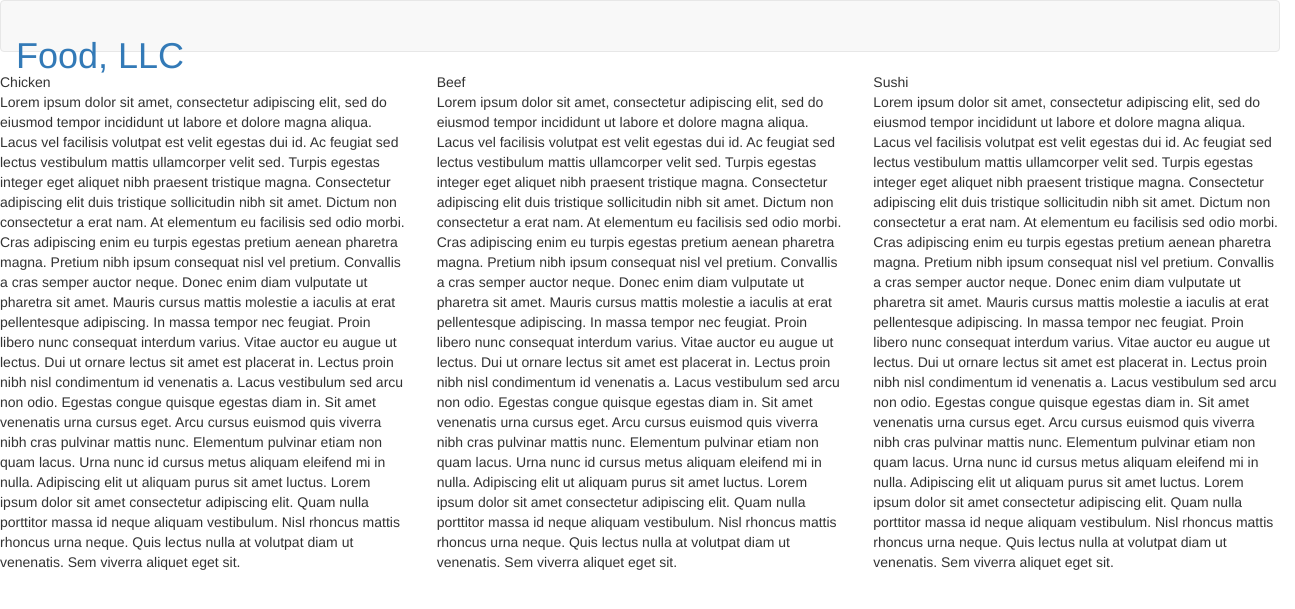
Repository: Cynthia-woo/coursera_frontend_JHU
Page: module3-solution/index.html
The author's editor kept a copy of each file at every save. The page is drawn from the files as they stood at one save, then again after the next save.
The browser window is 1280 px wide. The page is 1295 px wide, so the pictures cover 1295 px, including what lies to the right of the window. The pictures show the whole page.

Above is the page before, as saved 2024-04-20 02:34:59.

### module3-solution/index.html
<!doctype html>
<html lang="en">
  <head>
    <meta charset="utf-8">
    <meta http-equiv="X-UA-Compatible" content="IE=edge">
    <meta name="viewport" content="width=device-width, initial-scale=1">

    <!-- HTML5 shim and Respond.js for IE8 support of HTML5 elements and media queries -->
    <!-- WARNING: Respond.js doesn't work if you view the page via file:// -->
    <!--[if lt IE 9]>
      <script src="https://oss.maxcdn.com/html5shiv/3.7.2/html5shiv.min.js"></script>
      <script src="https://oss.maxcdn.com/respond/1.4.2/respond.min.js"></script>
    <![endif]-->

    <title>Assignment3-solution</title>
    <link rel="stylesheet" href="css/bootstrap.min.css">
    <link rel="stylesheet" href="css/styles.css">
  </head>
<body>
    <header>
        <nav id="header-nav" class="navbar navbar-default">
          <div class="container-fluid">
            <div class="navbar-header">
              <a href="index.html" class="pull-left visible-md visible-lg">
                <div id="logo-img"></div>
              </a>

              <div class="navbar-brand">
                <a href="index.html"><h1>Food, LLC</h1></a>
              </div>

              <button type="button" class="navbar-toggle collapsed" data-toggle="collapse" data-target="#collapsable-nav" aria-expanded="false">
                <span class="sr-only">Toggle navigation</span>
                <span class="icon-bar"></span>
                <span class="icon-bar"></span>
                <span class="icon-bar"></span>
              </button>
            </div>

            <div id="collapsable-nav" class="collapse navbar-collapse hidden-lg hidden-md">
               <ul id="nav-list" class="nav navbar-nav navbar-right">
                <li>
                  <a href="menu-categories.html">
                    <br class="hidden-xs">Chicken</a>
                </li>
                <li>
                  <a href="#">
                    </span><br class="hidden-xs">Beef</a>
                </li>
                <li>
                  <a href="#">
                    <br class="hidden-xs">Sushi</a>
                </li>
              </ul><!-- #nav-list -->
            </div><!-- .collapse .navbar-collapse -->
          </div><!-- .container -->
        </nav><!-- #header-nav -->
      </header>


      <section>
        <div id="home-tiles" class="row">
            <div class="col-md-4 col-sm-6 col-xs-12">
                <div class="dish_title">Chicken</div>
                <div class="dish_detail">Lorem ipsum dolor sit amet, consectetur adipiscing elit, sed do eiusmod tempor incididunt ut labore et dolore magna aliqua. Lacus vel facilisis volutpat est velit egestas dui id. Ac feugiat sed lectus vestibulum mattis ullamcorper velit sed. Turpis egestas integer eget aliquet nibh praesent tristique magna. Consectetur adipiscing elit duis tristique sollicitudin nibh sit amet. Dictum non consectetur a erat nam. At elementum eu facilisis sed odio morbi. Cras adipiscing enim eu turpis egestas pretium aenean pharetra magna. Pretium nibh ipsum consequat nisl vel pretium. Convallis a cras semper auctor neque. Donec enim diam vulputate ut pharetra sit amet. Mauris cursus mattis molestie a iaculis at erat pellentesque adipiscing. In massa tempor nec feugiat. Proin libero nunc consequat interdum varius. Vitae auctor eu augue ut lectus.

                    Dui ut ornare lectus sit amet est placerat in. Lectus proin nibh nisl condimentum id venenatis a. Lacus vestibulum sed arcu non odio. Egestas congue quisque egestas diam in. Sit amet venenatis urna cursus eget. Arcu cursus euismod quis viverra nibh cras pulvinar mattis nunc. Elementum pulvinar etiam non quam lacus. Urna nunc id cursus metus aliquam eleifend mi in nulla. Adipiscing elit ut aliquam purus sit amet luctus. Lorem ipsum dolor sit amet consectetur adipiscing elit. Quam nulla porttitor massa id neque aliquam vestibulum. Nisl rhoncus mattis rhoncus urna neque. Quis lectus nulla at volutpat diam ut venenatis. Sem viverra aliquet eget sit.</div>
            </div>
            <div class="col-md-4 col-sm-6 col-xs-12">
                <div class="dish_title">Beef</div>
                <div class="dish_detail">Lorem ipsum dolor sit amet, consectetur adipiscing elit, sed do eiusmod tempor incididunt ut labore et dolore magna aliqua. Lacus vel facilisis volutpat est velit egestas dui id. Ac feugiat sed lectus vestibulum mattis ullamcorper velit sed. Turpis egestas integer eget aliquet nibh praesent tristique magna. Consectetur adipiscing elit duis tristique sollicitudin nibh sit amet. Dictum non consectetur a erat nam. At elementum eu facilisis sed odio morbi. Cras adipiscing enim eu turpis egestas pretium aenean pharetra magna. Pretium nibh ipsum consequat nisl vel pretium. Convallis a cras semper auctor neque. Donec enim diam vulputate ut pharetra sit amet. Mauris cursus mattis molestie a iaculis at erat pellentesque adipiscing. In massa tempor nec feugiat. Proin libero nunc consequat interdum varius. Vitae auctor eu augue ut lectus.

                    Dui ut ornare lectus sit amet est placerat in. Lectus proin nibh nisl condimentum id venenatis a. Lacus vestibulum sed arcu non odio. Egestas congue quisque egestas diam in. Sit amet venenatis urna cursus eget. Arcu cursus euismod quis viverra nibh cras pulvinar mattis nunc. Elementum pulvinar etiam non quam lacus. Urna nunc id cursus metus aliquam eleifend mi in nulla. Adipiscing elit ut aliquam purus sit amet luctus. Lorem ipsum dolor sit amet consectetur adipiscing elit. Quam nulla porttitor massa id neque aliquam vestibulum. Nisl rhoncus mattis rhoncus urna neque. Quis lectus nulla at volutpat diam ut venenatis. Sem viverra aliquet eget sit.</div>
            </div>
            <div class="col-md-4 col-sm-6 col-xs-12">
                <div class="dish_title">Sushi</div>
                <div class="dish_detail">Lorem ipsum dolor sit amet, consectetur adipiscing elit, sed do eiusmod tempor incididunt ut labore et dolore magna aliqua. Lacus vel facilisis volutpat est velit egestas dui id. Ac feugiat sed lectus vestibulum mattis ullamcorper velit sed. Turpis egestas integer eget aliquet nibh praesent tristique magna. Consectetur adipiscing elit duis tristique sollicitudin nibh sit amet. Dictum non consectetur a erat nam. At elementum eu facilisis sed odio morbi. Cras adipiscing enim eu turpis egestas pretium aenean pharetra magna. Pretium nibh ipsum consequat nisl vel pretium. Convallis a cras semper auctor neque. Donec enim diam vulputate ut pharetra sit amet. Mauris cursus mattis molestie a iaculis at erat pellentesque adipiscing. In massa tempor nec feugiat. Proin libero nunc consequat interdum varius. Vitae auctor eu augue ut lectus.

                    Dui ut ornare lectus sit amet est placerat in. Lectus proin nibh nisl condimentum id venenatis a. Lacus vestibulum sed arcu non odio. Egestas congue quisque egestas diam in. Sit amet venenatis urna cursus eget. Arcu cursus euismod quis viverra nibh cras pulvinar mattis nunc. Elementum pulvinar etiam non quam lacus. Urna nunc id cursus metus aliquam eleifend mi in nulla. Adipiscing elit ut aliquam purus sit amet luctus. Lorem ipsum dolor sit amet consectetur adipiscing elit. Quam nulla porttitor massa id neque aliquam vestibulum. Nisl rhoncus mattis rhoncus urna neque. Quis lectus nulla at volutpat diam ut venenatis. Sem viverra aliquet eget sit.</div>
            </div>
      </section>


  <!-- jQuery (Bootstrap JS plugins depend on it) -->
  <script src="js/jquery-1.11.3.min.js"></script>
  <script src="js/bootstrap.min.js"></script>
  <script src="js/script.js"></script>
</body>
</html>

### module3-solution/css/styles.css
* {
    margin: 0;
    padding: 0;
    box-sizing: border-box;
}
#navbar-default{
    background-color: #999;
}

Loaded but not shown: module3-solution/css/bootstrap.min.css (library); module3-solution/js/jquery-1.11.3.min.js (library); module3-solution/js/bootstrap.min.js (library); module3-solution/js/script.js (no stored copy; drawn as an empty file)

After the next save:
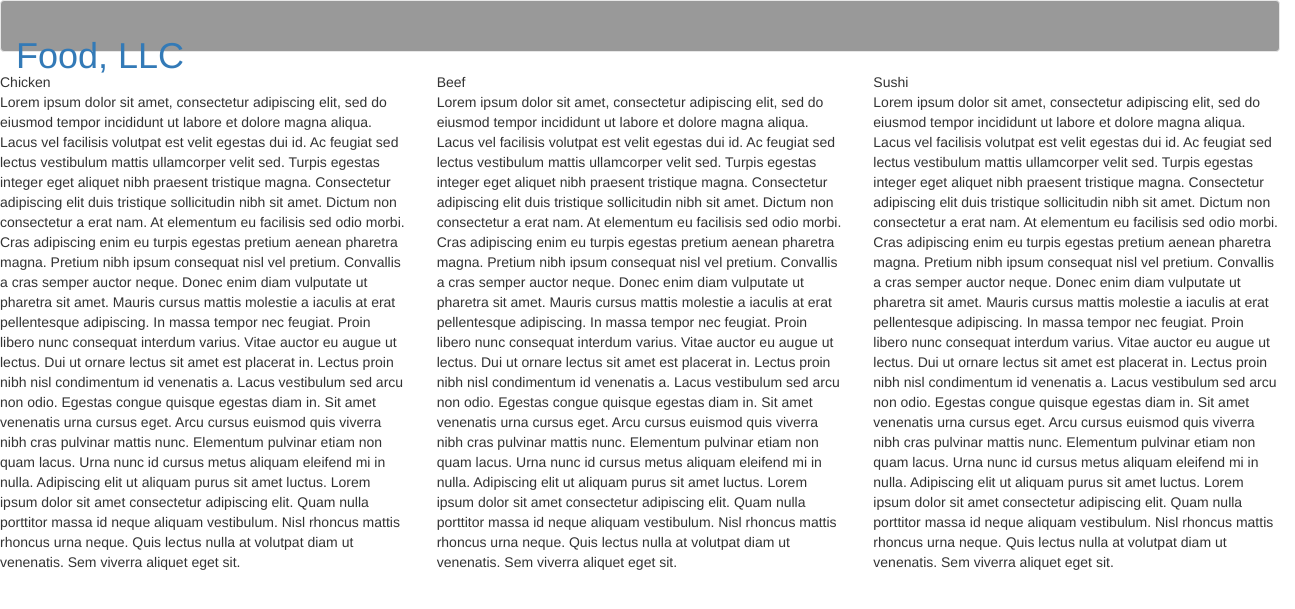
Saved 14 s later.
--- a/module3-solution/css/styles.css
+++ b/module3-solution/css/styles.css
@@ -3,6 +3,6 @@
     padding: 0;
     box-sizing: border-box;
 }
-#navbar-default{
+.navbar-default{
     background-color: #999;
 }
